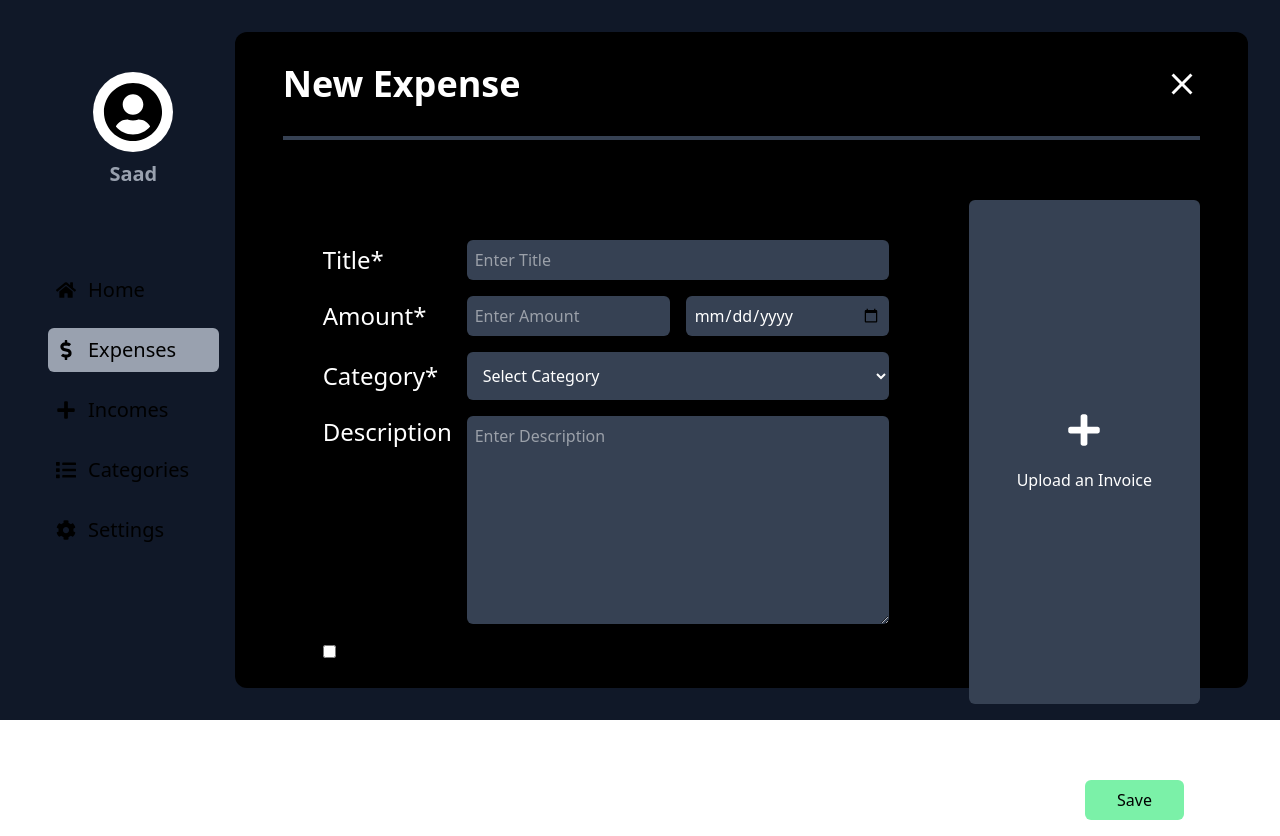
Repository: saad-naveed-brainx/Expense
Page: /expenses
The author's editor kept a copy of each file at every save. The page is drawn from the files as they stood at one save, then again after a run of saves.
The browser window is 1280 px wide. The pictures show the whole page.
The project was rebuilt for these pictures with package versions that can differ from the ones it lists, and the page was loaded fresh each time. Also part of the build but not shown: vite.config.js, src/components/LandingPage.jsx, src/components/NotUsed.jsx.

Above is the page before, as saved 2025-09-04 17:39:18.

### index.html
<!doctype html>
<html lang="en">
  <head>
    <meta charset="UTF-8" />
    <link rel="icon" type="image/svg+xml" href="/vite.svg" />
    <link rel="stylesheet" href="/src/index.css" />
    <meta name="viewport" content="width=device-width, initial-scale=1.0" />
    <title>Vite + React</title>
  </head>
  <body>
    <div id="root"></div>
    <script type="module" src="/src/main.jsx"></script>
  </body>
</html>

### src/index.css
@import "tailwindcss";
@variant dark (.dark &);

### src/main.jsx
import { createRoot } from "react-dom/client";
import { Provider } from "react-redux";
import store from "./redux/store.js";
import "./index.css";
import App from "./App.jsx";

createRoot(document.getElementById("root")).render(

    <Provider store={store}>
      <App />
    </Provider>
);

### src/redux/store.js
import {configureStore} from '@reduxjs/toolkit'
import expenseReducer from './ExpenseSlice'
import themeReducer from './ThemeSlics'

export default configureStore({
    reducer: {
        expense: expenseReducer,
        theme: themeReducer,
    },
})

### src/App.jsx

import { Route,createBrowserRouter,createRoutesFromElements,RouterProvider } from 'react-router-dom'
import RootLayout from './components/RootLayout'
import LandingPage from './components/LandingPage'
import Expenses from './components/Expenses'
import NotUsed from './components/NotUsed'

function App() {

  const router = createBrowserRouter(
    createRoutesFromElements(
      <Route path='/' element={<RootLayout />}>
        <Route index element={<LandingPage />} />
        <Route path='/expenses' element={<Expenses />} />
        <Route path='/incomes' element={<NotUsed pageName="Incomes" />} />
        <Route path='/categories' element={<NotUsed pageName="Categories" />} />
        <Route path='/settings' element={<NotUsed pageName="Settings" />} />
      </Route>
    )
  )

  return (
    <RouterProvider router={router} />
  )
}

export default App

### src/redux/ExpenseSlice.js
import {createSlice } from '@reduxjs/toolkit'
import { v4 as uuidv4 } from 'uuid'


const initialState = {
    expenses: [{
        id: uuidv4(),
        amount: 0,
        date: null,
        category: '',
        description: '',
    }],
}


const expenseSlice = createSlice({
    name: 'expenseSlice',
    initialState,
    reducers:{
        addExpense: (state, action) =>{
            const newExpense = {
                id: uuidv4(),
                amount: action.payload.amount,
                date: new Date().toISOString(),
                category: action.payload.category,
                description: action.payload.description,
                title: '',
            }
            state.expenses.push(newExpense)
        },
        deleteExpense: (state, action) =>{
            state.expenses = state.expenses.filter(expense => expense.id !== action.payload.id)
            },
        editExpense: (state, action) =>{
            const index = state.expenses.findIndex(expense => expense.id === action.payload.id)
            if(index !== -1){
                state.expenses[index] = action.payload
            }
        },
    }
})

export const { addExpense, deleteExpense, editExpense } = expenseSlice.actions
export default expenseSlice.reducer

### src/redux/ThemeSlics.js
import { createSlice } from '@reduxjs/toolkit'

const initialState = {
    isDarkMode: localStorage.getItem('isDarkMode')? JSON.parse(localStorage.getItem('isDarkMode')):true,
}

const themeSlice = createSlice({
    name: 'themeSlice',
    initialState,
    reducers: {
        toggleTheme: (state) => {
            state.isDarkMode = !state.isDarkMode;
            localStorage.setItem('isDarkMode', JSON.stringify(state.isDarkMode));
        }
    }
})

export const { toggleTheme } = themeSlice.actions;

export default themeSlice.reducer;

### src/components/RootLayout.jsx
import React from 'react'
import LeftSection from './LeftSection'

import { Outlet } from 'react-router-dom'

export default function RootLayout() {
  return (
    <div className="flex w-full h-screen p-8 bg-gray-900">
      <div className="w-1/6">
        <LeftSection />
      </div>
      <div className="w-5/6"> <Outlet /></div>
    </div>
  );
}

### src/components/Expenses.jsx
import React from 'react'
import { IoMdClose } from "react-icons/io";
import { FaPlus } from "react-icons/fa";
import { useForm } from "react-hook-form"

export default function Expenses() {
  const {
    register,
    handleSubmit,
    watch,
    formState: { errors },
  } = useForm()

  const onSubmit = (data) => console.log(data)


  return (
    <div className='bg-black rounded-xl p-4 h-full flex flex-col py-8 px-12 text-white gap-15'>
      <div className='flex flex-col gap-8'>
      <div className='flex items-center justify-between'>
        <h1 className='text-white text-4xl font-bold'>New Expense</h1>
        <button className='text-white'>
          <IoMdClose className='text-4xl' />
        </button>
      </div>
      <div className='w-full h-1 bg-gray-700'></div>
      </div>
      <div className='flex items-center justify-evenly h-full gap-10'>
        <div className='w-full'>
          <form className='p-10 flex flex-col gap-4' onSubmit={handleSubmit(onSubmit)}>
            <div className='flex gap-4 items-center'>
              <h1 className='text-2xl w-32 shrink-0'>Title*</h1>
              <input type="text" placeholder='Enter Title' className='bg-gray-700 rounded-md p-2 flex-1 min-w-0' {...register("title", {required:true})} />
            </div>

            <div className='flex gap-4 items-center'>
              <h1 className='text-2xl w-32 shrink-0'>Amount*</h1>
              <input
                type="number"
                min={0}
                placeholder='Enter Amount'
                className='bg-gray-700 rounded-md p-2 flex-1 min-w-0 '
                {...register("amount", { required: true, min: 0, valueAsNumber: true })}
              />
              <input type="date"  placeholder='Select Date' className='bg-gray-700 rounded-md p-2 flex-1 min-w-0' {...register("date", {required:true})} />
            </div>
            <div className='flex gap-4 items-center'>
              <h1 className='text-2xl w-32 shrink-0'>Category*</h1>
              <select placeholder='Select Category' className='bg-gray-700 rounded-md p-3 flex-1 min-w-0' {...register("category", {required:true})}>
                <option className='text-gray-400' value="select">Select Category</option>
                <option value="food">Food</option>
                <option value="transport">Transport</option>
                <option value="housing">Housing</option>
                <option value="utilities">Utilities</option>
              </select>
            </div>
            <div className='flex gap-4 items-start'>
              <h1 className='text-2xl w-32 shrink-0'>Description</h1>
              <textarea rows="8" type="text" placeholder='Enter Description' className='bg-gray-700 rounded-md p-2 flex-1 min-w-0' {...register("description")} />
            </div>
            <div>
              <input type="checkbox" name="reim" id="" />
            </div>
          </form>
        </div>
        <div className='bg-gray-700 rounded-md p-2 h-full w-full flex flex-col gap-5 items-center justify-center cursor-pointer'>
          <FaPlus className='text-4xl' />
          <h1>Upload an Invoice</h1>
        </div>
      </div>

      <div className='flex items-center justify-end p-4'>
          <button type='submit' className='bg-green-300 rounded-md p-2 text-black px-8 py-2
          '>Save</button>
      </div>
    </div>

  )
}

### src/components/LeftSection.jsx
import React from "react";
import { FaUserCircle } from "react-icons/fa";
import NavCard from "./NavCard";
import { FaHome, FaDollarSign, FaPlus, FaList, FaCog } from "react-icons/fa";

const navJson = [
  {
    path: "/",
    title: "Home",
    icon: FaHome,
  },
  {
    path: "/expenses",
    title: "Expenses",
    icon: FaDollarSign,
  },
  {
    path: "/incomes",
    title: "Incomes",
    icon: FaPlus,
  },
  {
    path: "/categories",
    title: "Categories",
    icon: FaList,
  },
  {
    path: "/settings",
    title: "Settings",
    icon: FaCog,
  },
];

export default function LeftSection() {
  return (
    <div className="flex flex-col items-center justify-center p-4 pt-10 gap-20">
      <div className="flex flex-col items-center justify-center gap-2">
        <div className="rounded-full bg-white w-20 h-20 flex items-center justify-center">
          <FaUserCircle className="text-black text-6xl" />
        </div>
        <div className="text-gray-400 text-xl font-bold">Saad</div>
      </div>
      <div className="flex flex-col items-center justify-center gap-4 w-full">
        {navJson.map((item) => (
          <NavCard
            key={item.title}
            title={item.title}
            path={item.path}
            icon={item.icon}
          />
        ))}
      </div>
    </div>
  );
}

### src/components/NavCard.jsx
import React from "react";
import { NavLink } from "react-router-dom";

export default function NavCard({ title, icon: Icon, path }) {
    return (
        <NavLink
            to={path}
            className={({ isActive }) => `flex items-center justify-start cursor-pointer gap-3 p-2 rounded-md w-full ${isActive ? 'bg-gray-400' : ''}`}
        >
            {({ isActive }) => (
                <>
                    <Icon className={`text-black text-xl dark:text-white`} />
                    <h1 className={`text-black text-xl dark:text-white`}>{title}</h1>
                </>
            )}
        </NavLink>
    )
}

After the next 3 saves:
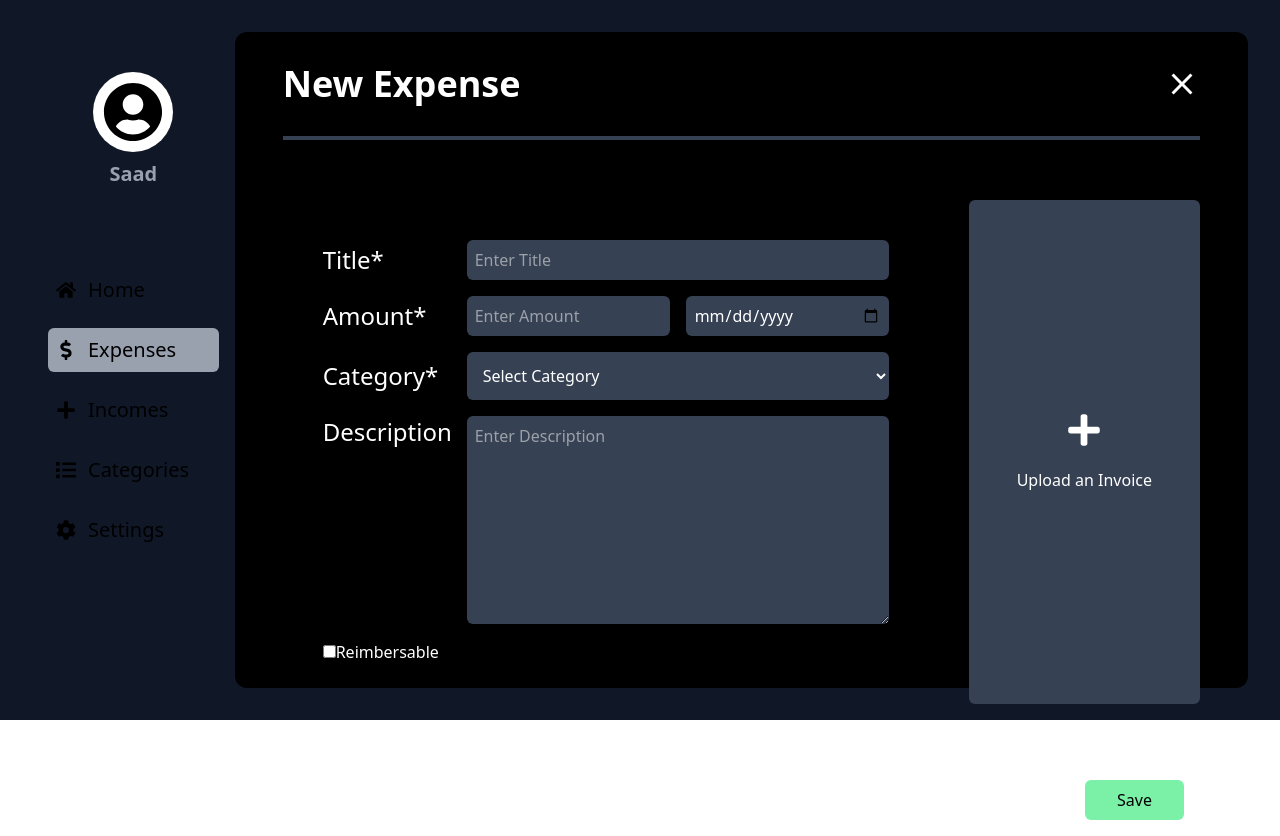
The 3 saves are shown as one change because they came seconds apart.
The last was saved 7 s later.
--- a/src/components/Expenses.jsx
+++ b/src/components/Expenses.jsx
@@ -59,7 +59,8 @@ export default function Expenses() {
               <textarea rows="8" type="text" placeholder='Enter Description' className='bg-gray-700 rounded-md p-2 flex-1 min-w-0' {...register("description")} />
             </div>
             <div>
-              <input type="checkbox" name="reim" id="" />
+              <input type="checkbox" name="reimbersable" id="reimbersable" />
+              <label htmlFor="reimbersable">Reimbersable</label>
             </div>
           </form>
         </div>
